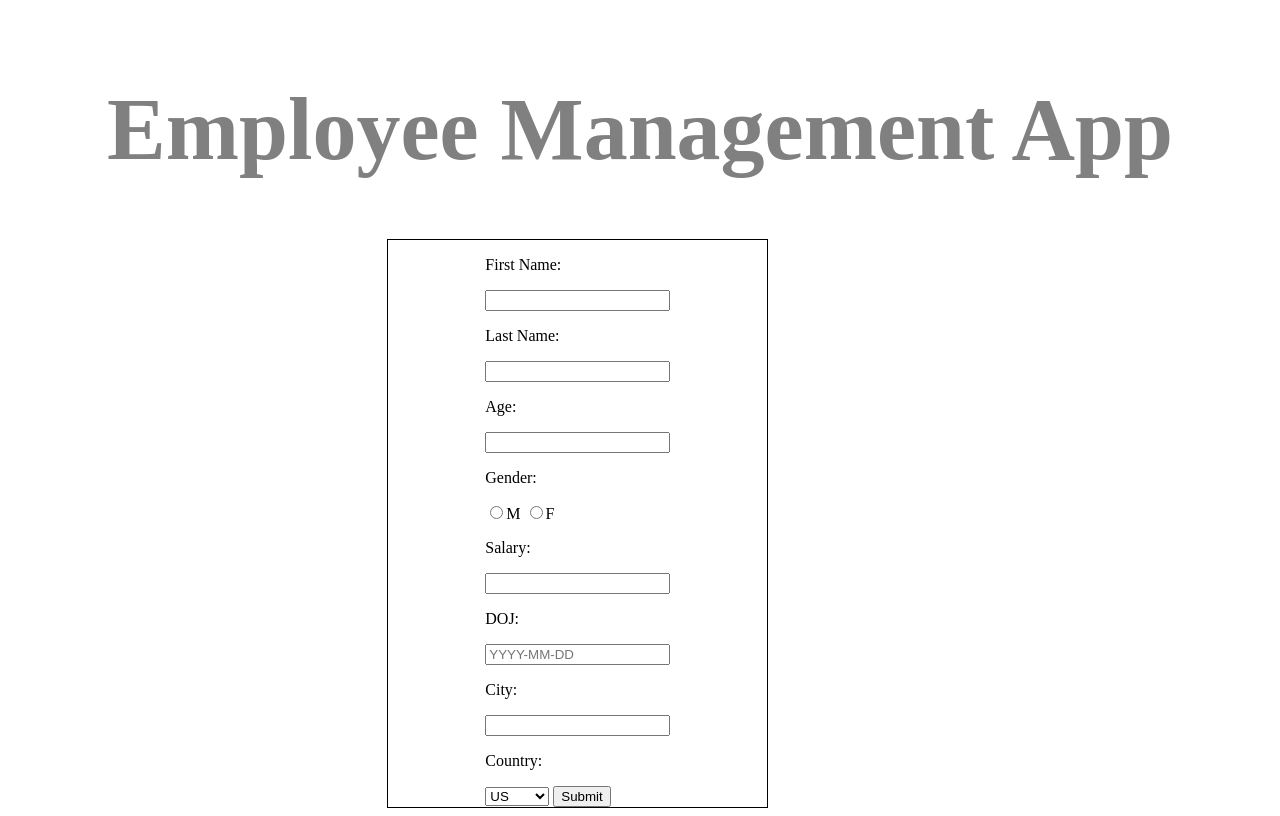
Repository: SaumyaGuptaTechnokrat/Employee_management
Page: http://localhost/Employee/index.jsp
The author's editor kept a copy of each file at every save. The page is drawn from the files as they stood at one save, then again after the next save.
The browser window is 1280 px wide. The pictures show the whole page.
The page is served by Tomcat 9. Other server files are loaded and not shown.

Above is the page before, as saved 2023-02-10 17:35:21.

### Employee/src/main/webapp/index.jsp
<%@ page language="java" contentType="text/html; charset=ISO-8859-1"
    pageEncoding="ISO-8859-1"%>
<!DOCTYPE html>
<html>
<head>
<meta charset="ISO-8859-1">
<title>Insert title here</title>
<link rel="stylesheet" href="Mystyle.css">
</head>
<body>
<h1>Employee Management App</h1>
<div class="form_container">
<form action="addRecord.jsp" method="post" >

		<p>First Name:</p><input name="fName" type="text"><br>
		<p>Last Name:</p><input name="lName" type="text"><br>
		<p>Age:</p><input name="age" type="number"><br>
		<p>Gender:</p><input name="Gender" type="radio" value="Male">M
		<input type="radio" name="Gender" value="Female">F<br>
		<p>Salary:</p><input name="salary" type="text"><br>
		<p>DOJ:</p><input name="Doj" placeholder="YYYY-MM-DD" type="text"><br>
		<p>City:</p><input name="City" type="text"><br>
		<p>Country:</p><select name="Country">
		<option value="US">US<option/>
		<option value="US">INDIA<option/>
		<option value="US">UK<option/>
		<option value="US">JAPAN<option/>
		</select>
		<input type="button" value="Submit">
</form>
	</div>

</body>
</html>

### Employee/src/main/webapp/Mystyle.css
h1{
	text-align:center;padding-top:20px;color:gray;font-size:550%;
}
.form_container{
	margin:0% 30%;
	width:30%;
	border:1px black solid;
	display:grid;
	justify-content:center
}

After the next save:
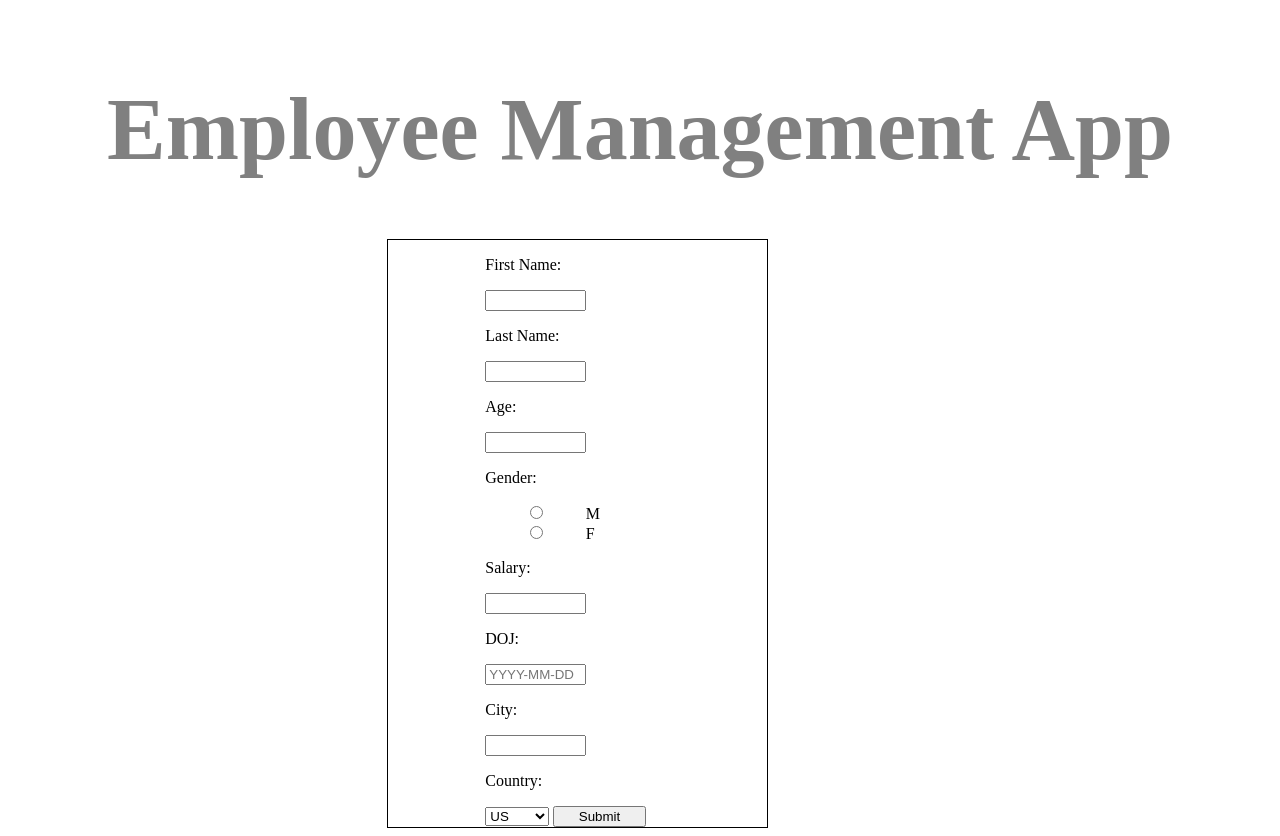
Saved 19 s later.
--- a/Employee/src/main/webapp/Mystyle.css
+++ b/Employee/src/main/webapp/Mystyle.css
@@ -8,3 +8,6 @@ h1{
 	display:grid;
 	justify-content:center
 }
+input{
+	width:50%;
+}
